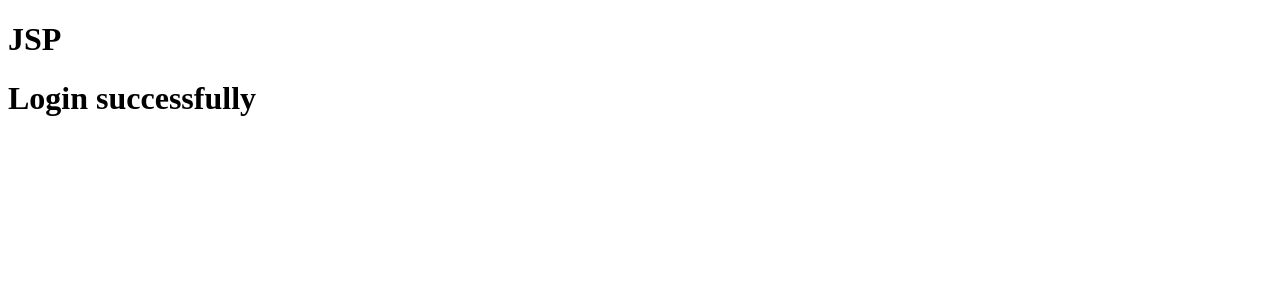
Repository: DhishnaPD/AdvancedJava
Page: http://localhost/Login/
The author's editor kept a copy of each file at every save. The page is drawn from the files as they stood at one save, then again after the next save.
The browser window is 1280 px wide. The pictures show the whole page.
The page is served by Tomcat 9.

Above is the page before, as saved 2024-12-20 11:34:30.

After the next save:
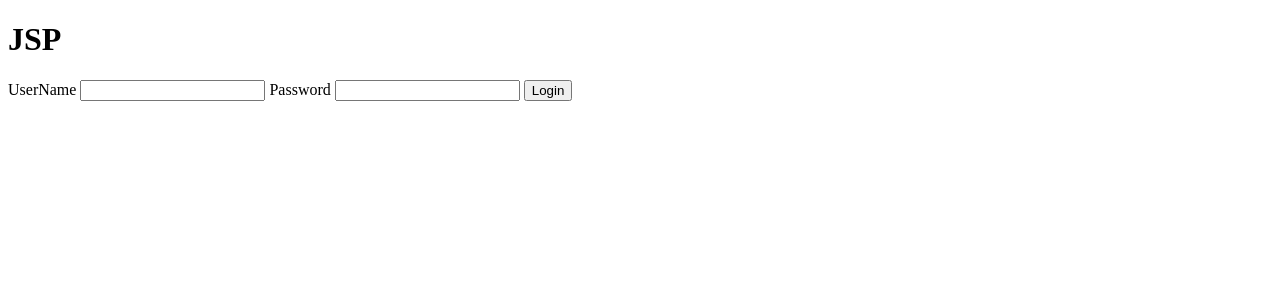
Saved 29 s later.
--- a/Login/src/main/webapp/index.jsp
+++ b/Login/src/main/webapp/index.jsp
@@ -12,7 +12,11 @@
 <body>
 <h1>JSP</h1>
 <form action="login.jsp" method="post">
-		<h1>Login successfully</h1>
+		<label for="username">UserName</label>
+		<input type="text" name="username" id="username">
+		<label for="password">Password</label>
+		<input type="password" name="password" id="password">
+		<input type="submit" value="Login">
 	</form>
 </body>
 </html>
